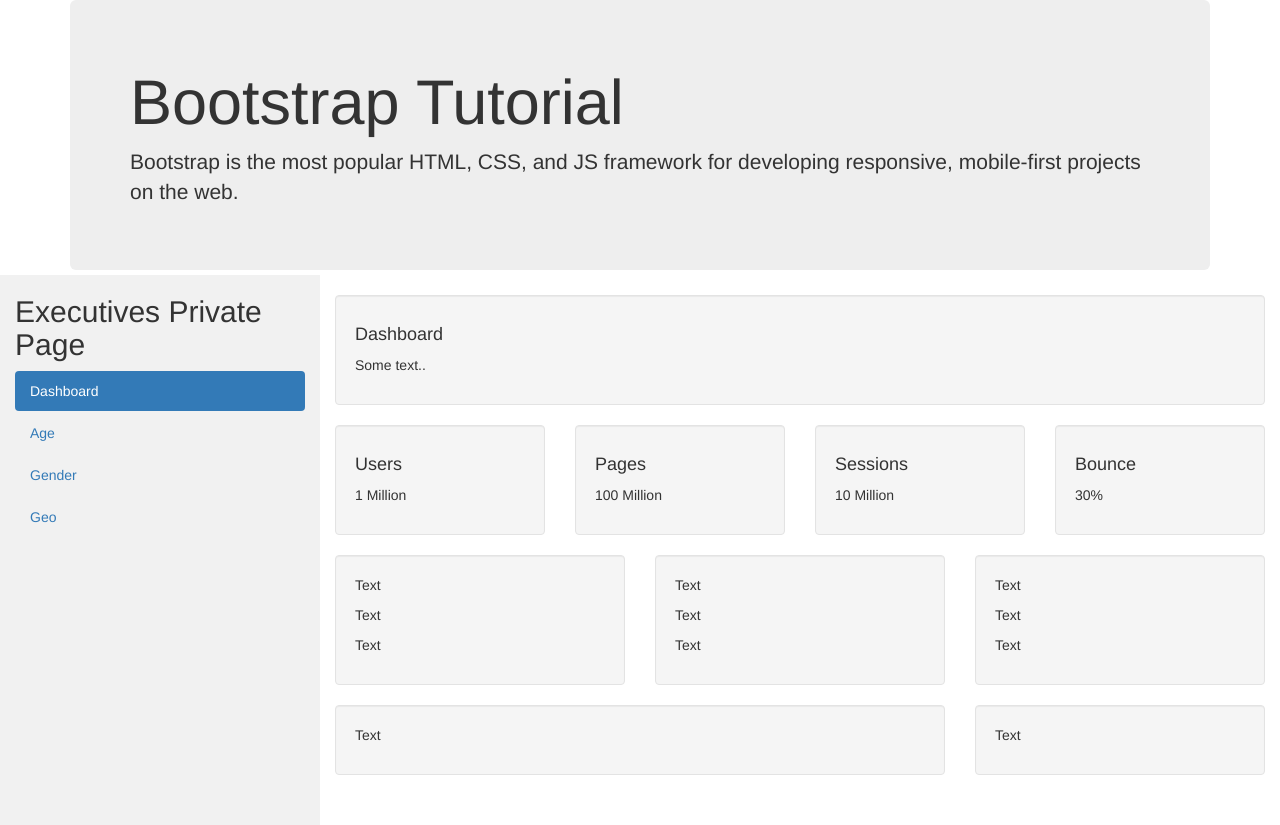
Repository: as2019a/spring
Page: http://localhost/ch19_project_mavenwebsite/WEB-INF/views/executives/maps.jsp
The author's editor kept a copy of each file at every save. The page is drawn from the files as they stood at one save, then again after the next save.
The browser window is 1280 px wide. The pictures show the whole page.
Some web libraries are served in a nearby version. The page is served by Tomcat 9. Nobody is signed in. The template is opened directly, without the code that normally fills it, so the values that code supplies are empty.

Above is the page before, as saved 2019-01-29 08:40:29.

After the next save:
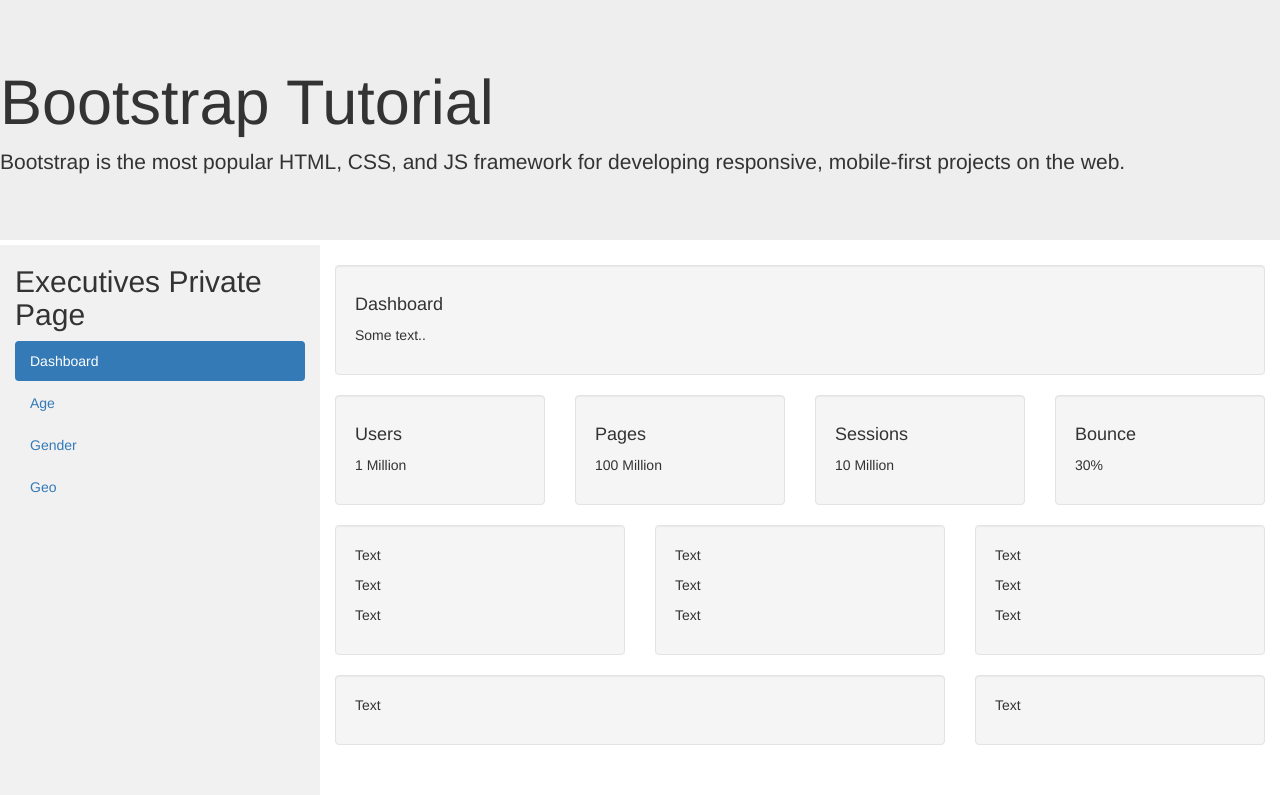
Saved 30 s later.
--- a/ch19_project_mavenwebsite/src/main/webapp/WEB-INF/views/executives/maps.jsp
+++ b/ch19_project_mavenwebsite/src/main/webapp/WEB-INF/views/executives/maps.jsp
@@ -31,11 +31,9 @@
   </style>
 </head>
 <body>
-	<div class="container">
-	  <div class="jumbotron">
+	<div class="jumbotron">
 	    <h1>Bootstrap Tutorial</h1>
 	    <p>Bootstrap is the most popular HTML, CSS, and JS framework for developing responsive, mobile-first projects on the web.</p>
-	  </div>
 	</div>
 	<nav class="navbar navbar-inverse visible-xs">
 	  <div class="container-fluid">
